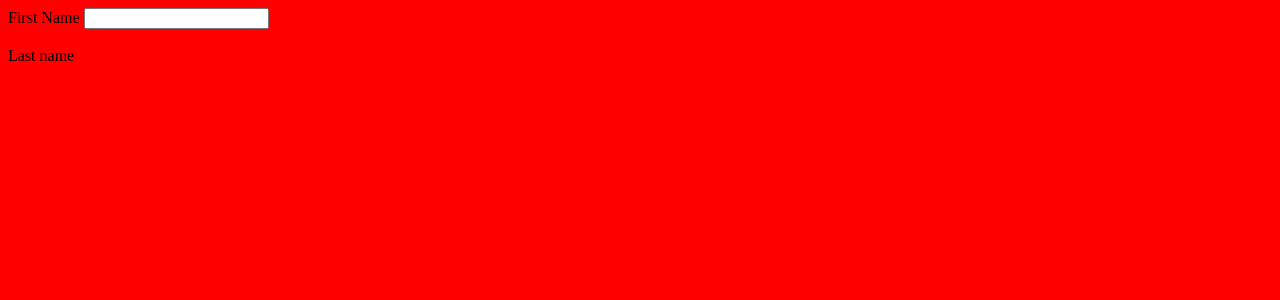
Repository: Fariaddd/codefactor-stylesheet
Page: index.html
These files come from the project's save history. The page is drawn as it stood at one moment and after the next save; the edit follows.
The browser window is 1280 px wide. The pictures show the whole page.

Above is the page before, as saved 2021-11-17 19:00:58.

### index.html
<!DOCTYPE html>
<html lang="en">
  <head>
    <meta charset="UTF-8" />
    <meta http-equiv="X-UA-Compatible" content="IE=edge" />
    <meta name="viewport" content="width=device-width, initial-scale=1.0" />
    <title>Document</title>
    <link rel="stylesheet" href="./styles/styles.css" />
  </head>
  <body>
    <form action="/action">
      <label for="firstname">First Name</label>
      <input type="text" id="firstname" name="firstname" /><br /><br />
      <label for="lastname">Last name</label>
    </form>
  </body>
</html>

### styles/styles.css
body {
  background-color: red;
}
h1 {
  font-size: 26px;
  color: purple;
}

p {
  font-size: 16px;
  color: royalblue;
}

After the next save:
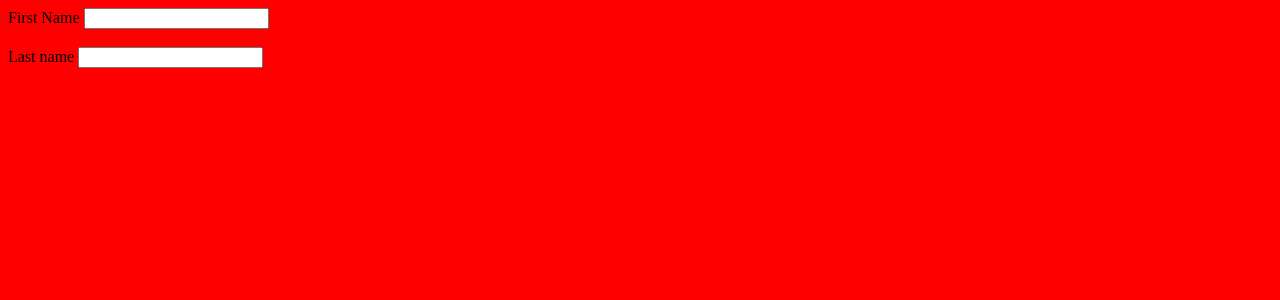
Saved 39 s later.
--- a/index.html
+++ b/index.html
@@ -12,6 +12,7 @@
       <label for="firstname">First Name</label>
       <input type="text" id="firstname" name="firstname" /><br /><br />
       <label for="lastname">Last name</label>
+      <input type="text" id="lLastname" name="Lastname" />
     </form>
   </body>
 </html>
